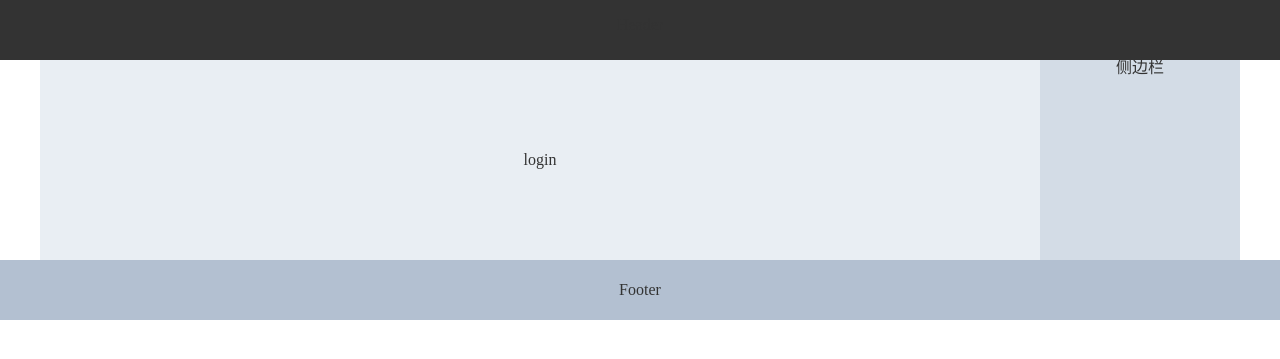
Repository: Trayvon21/cnode
Page: /login
An editor plug-in stored every save of this project. The page is shown before and after the next save, followed by the edit.
The browser window is 1280 px wide. The pictures show the whole page.
The project was rebuilt for these pictures with package versions that can differ from the ones it lists, and the page was loaded fresh each time. Also part of the build but not shown: vue.config.js.

Above is the page before, as saved 2019-12-16 13:42:12.

### public/index.html
<!DOCTYPE html>
<html lang="en">

<head>
    <meta charset="utf-8">
    <meta http-equiv="X-UA-Compatible" content="IE=edge">
    <meta name="viewport" content="width=device-width,initial-scale=1.0">
    <link rel="stylesheet" href="./css/reset.css">
    <link rel="icon" href="<%= BASE_URL %>favicon.ico">
    <title>demo</title>
</head>

<body>
    <noscript>
      <strong>We're sorry but demo doesn't work properly without JavaScript enabled. Please enable it to continue.</strong>
    </noscript>
    <div id="app"></div>
    <!-- built files will be auto injected -->
</body>

</html>

### src/main.js
import Vue from 'vue'
import App from './App.vue'
import router from './router'
import store from './store'
import service from './http'
import ElementUI from 'element-ui';
import 'element-ui/lib/theme-chalk/index.css';
import axios from 'axios'
Vue.use(ElementUI);
Vue.config.productionTip = false
Vue.prototype.$axios = service
new Vue({
    router,
    store,
    render: h => h(App)
}).$mount('#app')

### src/App.vue
<template>
 <div>
<router-view></router-view>
 </div>
</template>

<script>
 export default {
   data () {
     return {

     }
   },
   components: {

   },
   methods: {

   },
   mounted() {

   },
   watch: {

   },
   computed: {

   }
 }
</script>

<style scoped lang='scss'>

</style>

### src/router/index.js
import Vue from 'vue'
import VueRouter from 'vue-router'
import Home from '../views/Home.vue'

Vue.use(VueRouter)

const routes = [{
        path: '/',
        component: Home,
        children: [{
            path: '',
            name: 'main',
            component: () =>
                import ('../views/main/Main')
        }]
    }, {
        path: '/login',
        component: Home,
        children: [{
            path: '',
            name: 'login',
            component: () =>
                import ('../views/Login/Login')
        }]
    }, {
        path: '/:id',
        component: Home,
        children: [{
            path: '',
            name: 'detail',
            component: () =>
                import ('../views/detail/Detail')
        }]
    }, {
        path: '*',
        name: 'error',
        component: () => ('../views/error')
    }

]

const router = new VueRouter({
    mode: 'history',
    base: process.env.BASE_URL,
    routes
})

export default router

### src/http/index.js
import axios from 'axios'
import qs from 'qs'
import { Loading, Message } from 'element-ui'

// let loading = null


// 判断当前环境是生产环境还是开发环境
// process.env.NODE_ENV的值决定当前环境
// production为生产环境 development为开发环境
const isProduction = process.env.NODE_ENV === 'production'

// 创建axios配置对象
const service = axios.create()

// 接口基础路径
service.defaults.baseURL = isProduction ? '线上接口路径' : '/api'

// 超时时间
service.defaults.timeout = 10000
    // 请求头类型
service.defaults.headers.post['Content-Type'] = 'application/x-www-form-urlencoded'

// 请求拦截器
service.interceptors.request.use(config => {
    loading = Loading.service({
        text: '正在加载中......'
    })
    let token = localStorage.getItem('adminToken')
        // 每次请求 都在请求头带上token
    if (token) {
        config.headers['Authorization'] = 'Bearer ' + token
    }
    return config
}, err => {
    console.log(err)
    return Promise.reject(err)
})

// 响应拦截器
service.interceptors.response.use(response => {
    if (loading) {
        loading.close()
    }
    return response.data
}, err => {
    // if (err.response.status === 401) {
    //   Message.error(err.response.data.msg)
    // }
})

service.req = function(...params) {
    if (params.length === 1) {
        return service.get(params[0])
    }
    if (params.length === 2) {
        return service.post(params[0], qs.stringify(params[1]))
    }
}

export default service

### src/views/Home.vue
<template>
  <div>
    <el-container>
      <el-header>Header</el-header>
      <el-container class="main">
        <el-main>
          <router-view />
        </el-main>
        <el-aside width="200px">
          <Aside />
        </el-aside>
      </el-container>
      <el-footer>Footer</el-footer>
    </el-container>
  </div>
</template>

<script>
import Aside from "../components/aside/Aside";
export default {
  data() {
    return {};
  },
  components: {
    Aside
  },
  methods: {},
  mounted() {},
  watch: {},
  computed: {}
};
</script>

<style scoped lang='scss'>
.el-header {
  background-color: #333;
  color: #333;
  text-align: center;
  line-height: 50px;
}
.el-main {
  background-color: #e9eef3;
  color: #333;
  text-align: center;
  line-height: 160px;
}
.el-aside {
  background-color: #d3dce6;
  color: #333;
  text-align: center;
}

.el-footer {
  background-color: #b3c0d1;
  color: #333;
  text-align: center;
  line-height: 60px;
}
.main {
  width: 1200px;
  margin: 0 auto;
}
body {
  background: #e9eef3 !important;
}
</style>

### src/views/Login/Login.vue
<template>
  <div>login</div>
</template>

<script>
export default {
  data() {
    return {};
  },
  components: {},
  methods: {},
  mounted() {},
  watch: {},
  computed: {}
};
</script>

<style scoped lang='scss'>
</style>

### src/components/aside/Aside.vue
<template>
 <div>
     侧边栏
 </div>
</template>

<script>
 export default {
   data () {
     return {

     }
   },
   components: {

   },
   methods: {

   },
   mounted() {

   },
   watch: {

   },
   computed: {

   }
 }
</script>

<style scoped lang='scss'>

</style>

Loaded but not shown: src/store/index.js (common file); public/css/reset.css (common file)

After the next save:
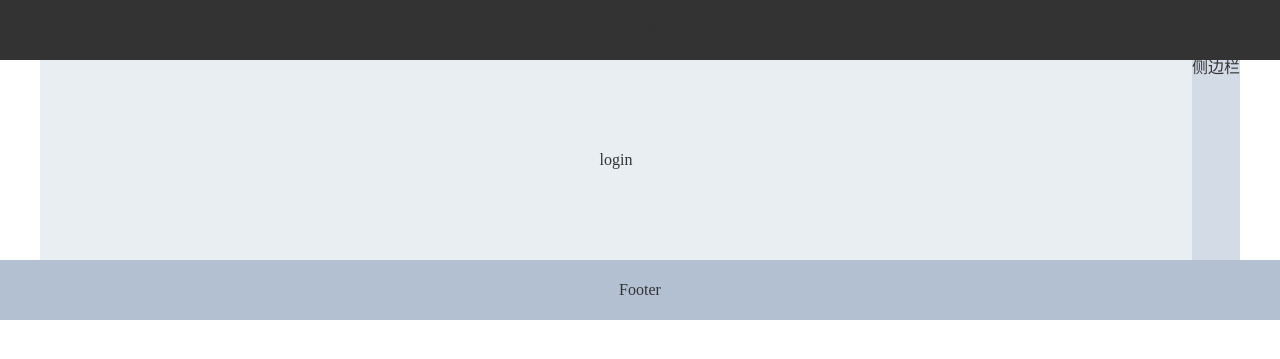
Saved 73 s later.
--- a/src/views/Home.vue
+++ b/src/views/Home.vue
@@ -6,8 +6,8 @@
         <el-main>
           <router-view />
         </el-main>
-        <el-aside width="200px">
-          <Aside />
+        <el-aside width="px">
+          <Aside class="aside"/>
         </el-aside>
       </el-container>
       <el-footer>Footer</el-footer>
